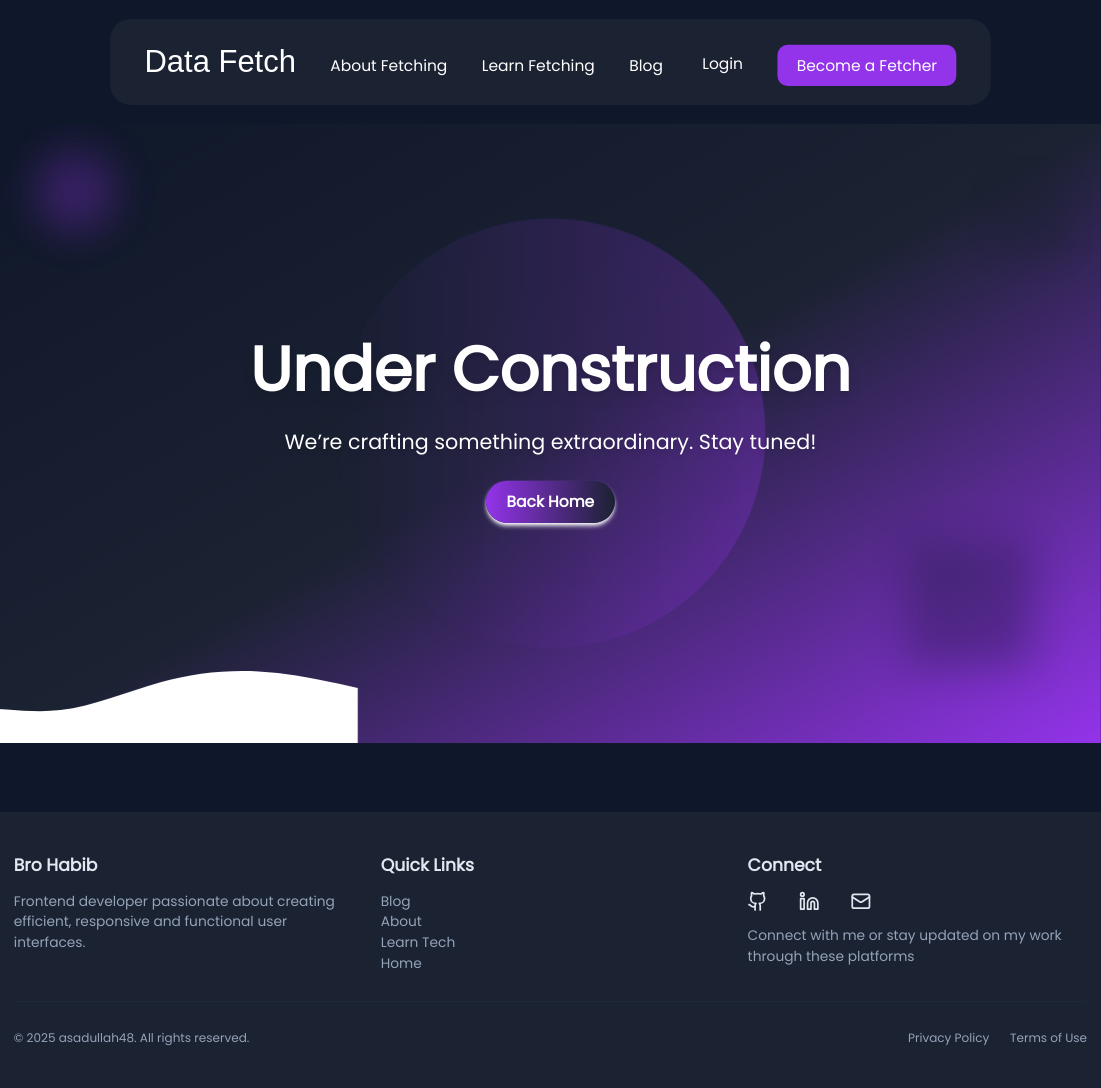
Repository: asadullah48/data-fetch
Page: /learnTech
An editor plug-in stored every save of this project. The page is shown before and after a run of saves, followed by the edit.
The browser window is 1280 px wide. The pictures show the whole page, at 86% of full size.
Some web fonts or font styles are not loaded; a fallback is used. The project was rebuilt for these pictures with package versions that can differ from the ones it lists, and the page was loaded fresh each time. The framework's server and built-in components were replaced by stand-ins that run in the browser. Also part of the build but not shown: next.config.mjs.

Above is the page before, as saved 2025-01-15 13:17:29.

After the next 4 saves:
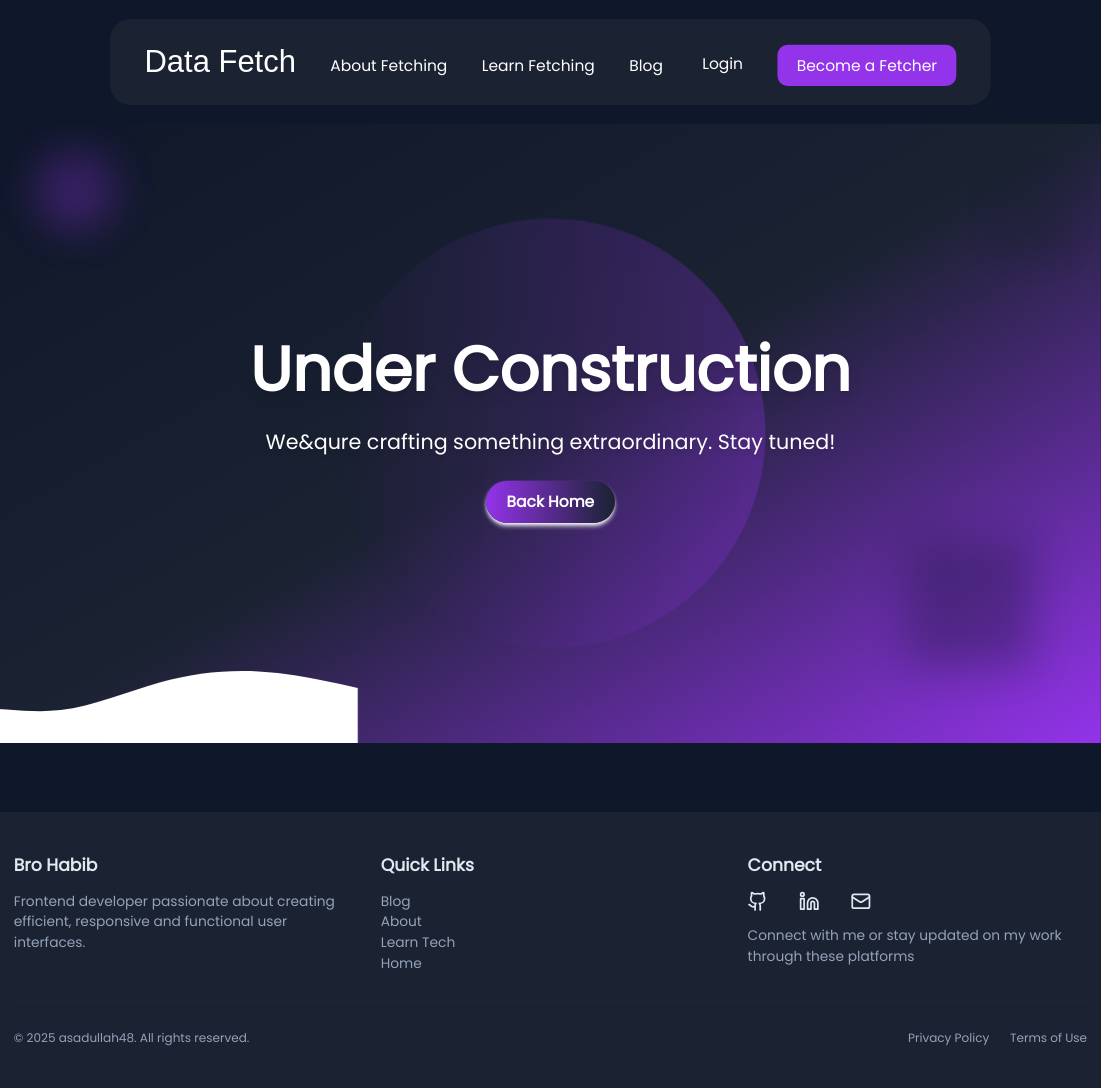
The 4 saves are shown as one change because they came seconds apart.
The last was saved 37 min 28 s later.
--- a/src/app/learnTech/page.tsx
+++ b/src/app/learnTech/page.tsx
@@ -22,7 +22,7 @@ export default function learnTechPage() {
                     Under Construction
                 </h1>
                 <p className="text-lg md:text-2xl text-white mt-4 drop-shadow-md">
-                    We’re crafting something extraordinary. Stay tuned!
+                    We&qure crafting something extraordinary. Stay tuned!
                 </p>
 
                 {/* CTA Button */}
